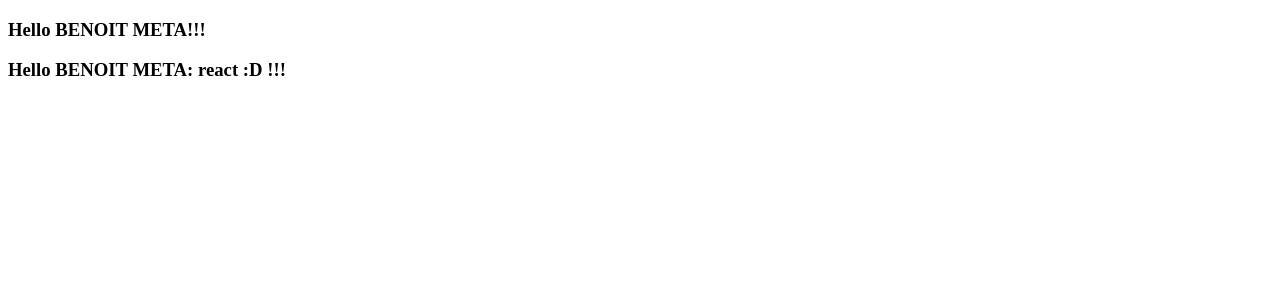
Repository: gmonte/benoit-first-react-app
Page: /
An editor plug-in stored every save of this project. The page is shown before and after the next save, followed by the edit.
The browser window is 1280 px wide. The pictures show the whole page.
The project was rebuilt for these pictures with package versions that can differ from the ones it lists, and the page was loaded fresh each time.

Above is the page before, as saved 2019-10-17 11:47:48.

After the next save:
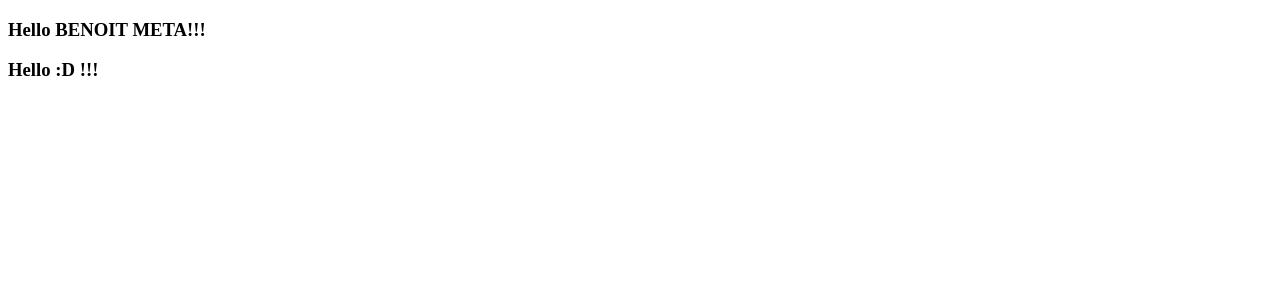
Saved 8 s later.
--- a/src/App.js
+++ b/src/App.js
@@ -3,7 +3,7 @@
 
 function App() {
   const [name, setName] = useState('Benoit')
-  const [title, setTitle] = useState()
+  const [title, setTitle] = useState('')
 
   useEffect(() => {
     setTimeout(() => {
@@ -12,7 +12,7 @@
   }, [])
 
   useEffect(() => {
-    if (name) {
+    if (title) {
       setTitle(`${ name }: react`)
     }
     // eslint-disable-next-line react-hooks/exhaustive-deps

After the save that followed:
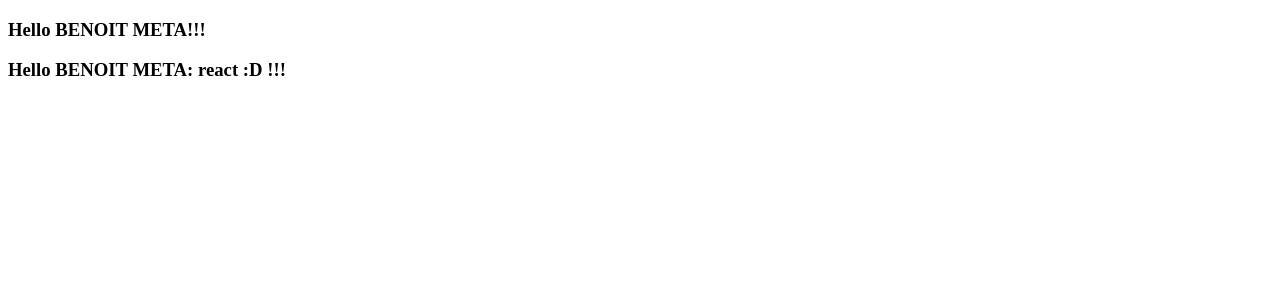
Saved 11 s later.
--- a/src/App.js
+++ b/src/App.js
@@ -12,9 +12,7 @@
   }, [])
 
   useEffect(() => {
-    if (title) {
-      setTitle(`${ name }: react`)
-    }
+    setTitle(`${ name }: react`)
     // eslint-disable-next-line react-hooks/exhaustive-deps
   }, [name])
 
